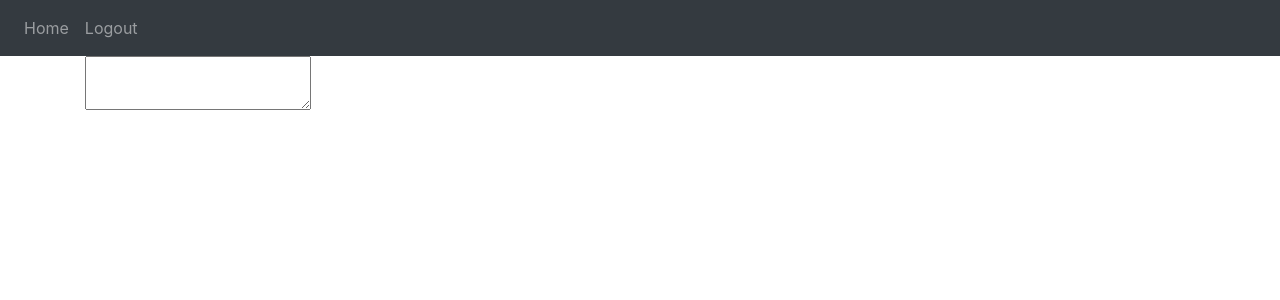
Repository: seafgomaa/userdashboard-flask
Page: http://localhost/
These files come from the project's save history. The page is drawn as it stood at one moment and after a run of saves; the edit follows.
The browser window is 1280 px wide. The pictures show the whole page.
Some web libraries are served in a nearby version. The page is served by the project's application, run on Flask 3 (website/__init__.py). The user the application loads for id 1 is signed in. Other server files are loaded and not shown. The page reads the database file committed with the project.

Above is the page before, as saved 2022-08-20 16:34:11.

### website/templates/home.html
{% extends "base.html" %}
{% block title %}Home{% endblock %}
{% block content %}
    <form method="POST">
        <textarea name="note" id="note">

        </textarea>
    </form>
{% endblock %}

### website/templates/base.html
<!DOCTYPE html>
<html>

<head>
    <meta charset="utf-8" />
    <meta name="viewport" content="width=device-width, initial-scale=1" />
    <link rel="stylesheet" href="https://stackpath.bootstrapcdn.com/bootstrap/4.4.1/css/bootstrap.min.css"
        integrity="sha384-Vkoo8x4CGsO3+Hhxv8T/Q5PaXtkKtu6ug5TOeNV6gBiFeWPGFN9MuhOf23Q9Ifjh" crossorigin="anonymous" />
    <link rel="stylesheet" href="https://stackpath.bootstrapcdn.com/font-awesome/4.7.0/css/font-awesome.min.css"
        crossorigin="anonymous" />

    <title>{% block title %}Home{% endblock %}</title>
</head>

<body>
    <nav class="navbar navbar-expand-lg navbar-dark bg-dark">
        <button class="navbar-toggler" type="button" data-toggle="collapse" data-target="#navbar">
            <span class="navbar-toggler-icon"></span>
        </button>
        <div class="collapse navbar-collapse" id="navbar">
            <div class="navbar-nav">
                {% if user.is_authenticated %}
                <a class="nav-item nav-link" id="home" href="/">Home</a>
                <a class="nav-item nav-link" id="logout" href="/logout">Logout</a>
                {%else%}
                <a class="nav-item nav-link" id="login" href="/login">Login</a>
                <a class="nav-item nav-link" id="signUp" href="/signup">Sign Up</a>
                {%endif%}
            </div>
        </div>
    </nav>
    {% with messages = get_flashed_messages(with_categories=true) %}
        {% if messages %}
            {% for category, message in messages %}
                {% if category == 'error' %}
                    <div class="alert alert-danger alter-dismissable fade show" role="alert">
                        {{ message }}
                        <button type="button" class="close" data-dismiss="alert">
                            <span aria-hidden="true">&times;</span>
                        </button>
                    </div>
                {% else %}
                    <div class="alert alert-success alter-dismissable fade show" role="alert">
                        {{ message }}
                        <button type="button" class="close" data-dismiss="alert">
                            <span aria-hidden="true">&times;</span>
                        </button>
                    </div>
                {% endif %}
            {% endfor %}
        {% endif %}
    {% endwith %}

    <div class="container">{% block content %} {% endblock %}</div>
    <script src="https://code.jquery.com/jquery-3.2.1.slim.min.js"
        integrity="sha384-KJ3o2DKtIkvYIK3UENzmM7KCkRr/rE9/Qpg6aAZGJwFDMVNA/GpGFF93hXpG5KkN"
        crossorigin="anonymous"></script>
    <script src="https://cdnjs.cloudflare.com/ajax/libs/popper.js/1.12.9/umd/popper.min.js"
        integrity="sha384-ApNbgh9B+Y1QKtv3Rn7W3mgPxhU9K/ScQsAP7hUibX39j7fakFPskvXusvfa0b4Q"
        crossorigin="anonymous"></script>
    <script src="https://maxcdn.bootstrapcdn.com/bootstrap/4.0.0/js/bootstrap.min.js"
        integrity="sha384-JZR6Spejh4U02d8jOt6vLEHfe/JQGiRRSQQxSfFWpi1MquVdAyjUar5+76PVCmYl"
        crossorigin="anonymous"></script>

    <script type="text/javascript" src="{{ url_for('static', filename='index.js') }}"></script>

</body>

</html>

### website/__init__.py
from flask import Flask
from flask_sqlalchemy import SQLAlchemy
from os import path
from flask_login import LoginManager

db = SQLAlchemy()
DB_NAME = 'database.db'


def create_app():
    app = Flask(__name__)
    app.config['SECRET_KEY'] = 'seaf'
    app.config['SQLALCHEMY_DATABASE_URI'] = f'sqlite:///{DB_NAME}'
    db.init_app(app)

    from .views import views
    from .auth import auth
    app.register_blueprint(views, url_prefix='/')
    app.register_blueprint(auth, url_prefix='/')

    from .models import Note, User
    create_database(app)
    login_manager = LoginManager()
    login_manager.login_view = 'auth.login'
    login_manager.init_app(app)

    @login_manager.user_loader
    def load_user(id):
        return User.query.get(int(id))

    return app


def create_database(app):
    if not path.exists('website/'+ DB_NAME):
        db.create_all(app=app)
        print('Database Created!')

### website/views.py
from flask import Blueprint, render_template
from flask_login import login_required, current_user

views = Blueprint('views', __name__)


@views.route('/')
@login_required
def home():
    return render_template("home.html" , user=current_user)

### website/database.db (the tables this page reads, as SQL)
CREATE TABLE user (
	id INTEGER NOT NULL, 
	name VARCHAR(150), 
	email VARCHAR(150), 
	password VARCHAR(150), 
	PRIMARY KEY (id)
);
INSERT INTO "user" VALUES
(1, 'seaf', 'seaf1993@hotmail.com', 'sha256$1Wiy5gmdxwbMlFy6$6263df5bc47d8700acab61f0726859d1b1a8714b52b6a2e8016fba96eb0c67e0');

Loaded but not shown: website/static/index.js (no copy from this time; the picture is the same without it)

After the next 3 saves:
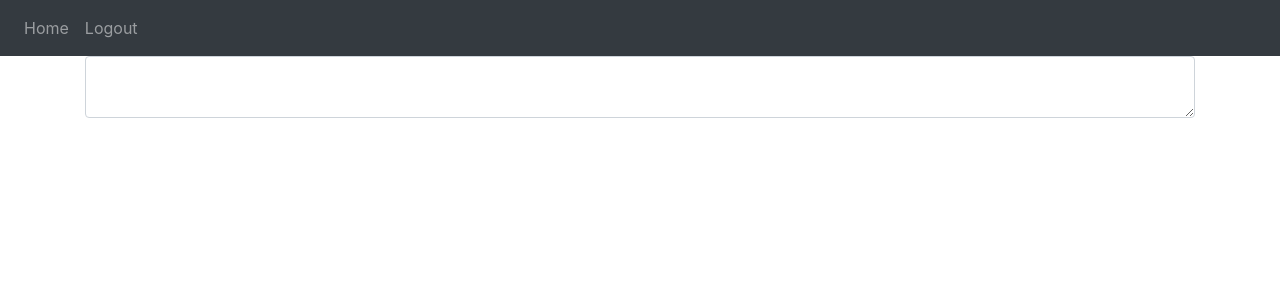
The 3 saves are shown as one change because they came seconds apart.
The last was saved 14 s later.
--- a/website/templates/home.html
+++ b/website/templates/home.html
@@ -2,7 +2,7 @@
 {% block title %}Home{% endblock %}
 {% block content %}
     <form method="POST">
-        <textarea name="note" id="note">
+        <textarea name="note" id="note" class="form-control">
 
         </textarea>
     </form>
